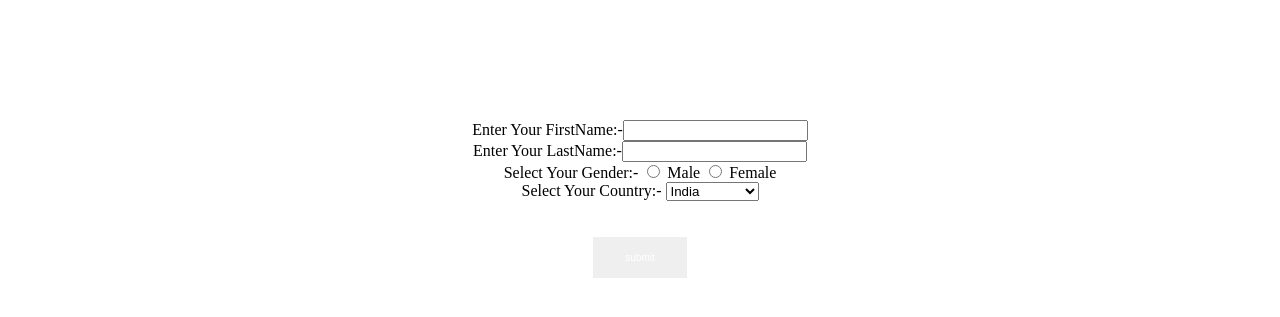
Repository: ErNitesh-d/java-program
Page: JAVA PROJECTS/ASSIGNMMENT_2/WebContent/index.html
An editor plug-in stored every save of this project. The page is shown before and after the next save, followed by the edit.
The browser window is 1280 px wide. The pictures show the whole page.

Above is the page before, as saved 2022-09-03 15:34:39.

After the next save:
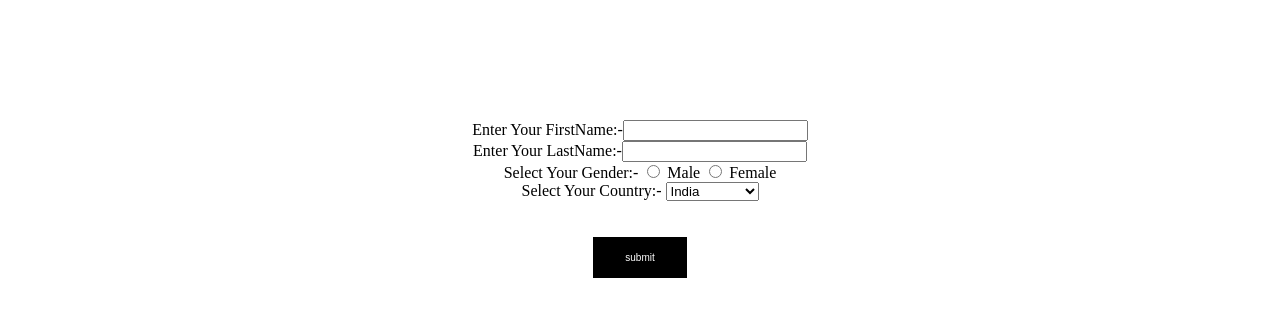
Saved 31 s later.
--- a/JAVA PROJECTS/ASSIGNMMENT_2/WebContent/index.html
+++ b/JAVA PROJECTS/ASSIGNMMENT_2/WebContent/index.html
@@ -27,7 +27,7 @@ Select Your Gender:-
 </select><br>
 <br>
 <br>
-<input type="submit" style=" position: relative; background-color: ; /* Green */
+<input type="submit" style=" position: relative; background-color:black ; /* Green */
 border: none;
 color: white;
 padding: 15px 32px;
